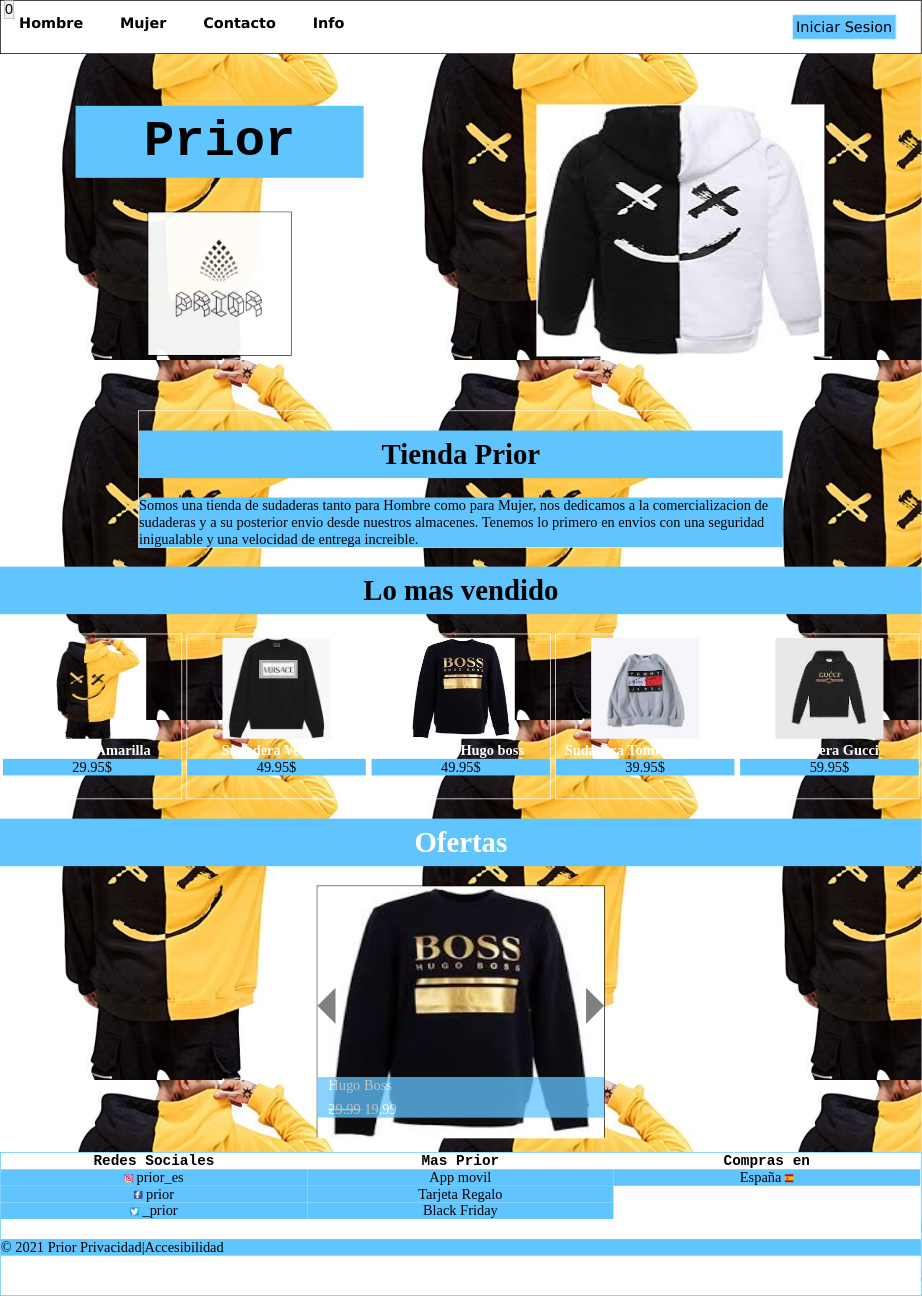
Repository: danilugones10/Proyecto
Page: main.html
These files come from the project's save history. The page is drawn as it stood at one moment and after the next save; the edit follows.
The browser window is 1280 px wide. The pictures show the whole page, at 72% of full size.
After loading, the first visible `#oscuro` was clicked once.

Above is the page before, as saved 2021-03-04 21:43:40.

### main.html
<!DOCTYPE html>
<html lang="en">
<head>
    <meta charset="UTF-8">
    <meta name="viewport" content="width=device-width, initial-scale=1.0">
    <title>Document</title>
    <link rel="stylesheet" href="css/normalize.css">
    <link rel="stylesheet" href="css/style.css">
</head>
<body class="body">
    <header class="header">

    </header>



    <main class="main">
        <button id="oscuro">0</button>
        <section class="section1">
            <div class="section1-titulo">
                <div class="section1-titulo__fondo color__claro">
                    <h1 class="section1-titulo__h1">Prior</h1>
                </div>
                <img src="css/img/Prior.PNG" class="prior-img">
            </div>
            <div class="section1-img color__claro">
                <img src="css/img/sudadera1.jpg" alt="">
            </div>
        </section>

        <section class="section2">
            <div class="section2-prior color__claro">
                <h1>Tienda Prior</h1>
                <p>Somos una tienda de sudaderas tanto para Hombre como para Mujer,
                    nos dedicamos a la comercializacion de sudaderas y a su posterior envio
                    desde nuestros almacenes. Tenemos lo primero en envios con una seguridad
                    inigualable y una velocidad de entrega increible.
                </p>
            </div>
        </section>

        <section class="section3">
            <div class="section3-h1">
                <h1 class="section3-h1-color color__claro">Lo mas vendido</h1>
            </div>
            <div class="section3-imagenes">
                <div class="section3-imagenes__contenedor">
                    <div class="fondo">
                            <img src="css/img/sudadera_fondo.jpg" width="150px" height="140px" alt="">
                            <h3>Sudadera Amarilla</h3>
                            <p>29.95$</p>
                            <button>Ver detalles</button>
                    </div>
                </div>
                <div class="section3-imagenes__contenedor">
                    <div class="fondo">
                        <img src="css/img/imagenes/1.jpg" width="150px" height="140px" alt="">
                        <h3>Sudadera Versace</h3>
                        <p>49.95$</p>
                        <button>Ver detalles</button>
                    </div>
                </div>
                <div class="section3-imagenes__contenedor">
                    <div class="fondo">
                        <img src="css/img/imagenes/2.jpg" width="150px" height="140px" alt="">
                        <h3>Sudadera Hugo boss</h3>
                        <p>49.95$</p>
                        <button>Ver detalles</button>
                    </div>
                </div>
                <div class="section3-imagenes__contenedor">
                    <div class="fondo">
                        <img src="css/img/imagenes/3.jpg" width="150px" height="140px" alt="">
                        <h3>Sudadera Tommy Hilfiger</h3>
                        <p>39.95$</p>
                        <button>Ver detalles</button>
                    </div>
                </div>
                <div class="section3-imagenes__contenedor">
                    <div class="fondo">
                        <img src="css/img/imagenes/5.jpg" width="150px" height="140px" alt="">
                        <h3>Sudadera Gucci</h3>
                        <p>59.95$</p>
                        <button>Ver detalles</button>
                    </div>
                </div>
            </div>
        </section>

        <section class="section4">
            <h1>Ofertas</h1>
            <div class="contenedor">
                <div id="flecha1"></div>
                <div id="flecha2"></div>

                <img src="css/img/imagenes/1.jpg" width="400px" height="350px" alt="" id="imagen">

                <div class="texto">
                    <p id="nombreImagen">Versace</p>
                    <p id="precio"><span>29.99</span> 19.99</p>
                </div>

            </div>
        </section>
    </main>

    <footer class="footer">
        <div class="grupo">
            <div class="colum">
                <h3>Redes Sociales</h3>
                <p><img src="css/img/Instagram.PNG" width="12px" height="11px" alt=""> prior_es</p>
                <p><img src="css/img/Facebok.PNG" width="12px" height="11px" alt=""> prior</p>
                <p><img src="css/img/Twiter.PNG" width="12px" height="11px" alt=""> _prior</p>
            </div>
            <div class="colum">
                <h3>Mas Prior</h3>
                <p>App movil</p>
                <p>Tarjeta Regalo</p>
                <p>Black Friday</p>
            </div>
            <div class="colum">
                <h3>Compras en</h3>
                <p>España <img src="css/img/España.PNG" width="12px" height="11px" alt=""></p>
            </div>
        </div>
        <div class="fin">
            <p>&copy; 2021 Prior <span>Privacidad|Accesibilidad</span> </p>
        </div>
    </footer>
    <script src="js/menu.js"></script>
    <script src="js/galeria.js"></script>
    <script src="js/oscuro.js"></script>
</body>
</html>

### css/style.css
:root {
  --base: #60c5ff;
  --texto: #000000;
  --nav: #ffffff;
}

.modoOscuro {
  --base: #093f5f;
  --texto: #ffffff;
  --nav: #000000;
}

.header {
  grid-column: 1/2;
  grid-row: 1/2;
  background-color: var(--nav);
  color: var(--texto);
  height: 75px;
}

.menu {
  height: 75px;
  border: 1px solid;
}

.menu__list {
  list-style: none;
  display: flex;
}

.menu__item {
  padding-top: 20px;
  padding-bottom: 23px;
  padding-right: 2%;
  padding-left: 2%;
  font-family: "Lucida Sans", "Lucida Sans Regular", "Lucida Grande", "Lucida Sans Unicode", Geneva, Verdana, sans-serif;
  font-weight: bold;
}

#oscuro {
  margin-left: 5px;
}

a {
  text-decoration: none;
  color: var(--texto);
}

.busqueda {
  display: none;
  position: absolute;
  width: 20%;
  right: 185px;
  top: 25px;
  height: 25px;
  border-radius: 10px;
  outline: none;
}

.inicio {
  position: absolute;
  top: 20px;
  right: 35px;
  background-color: var(--base);
  border: 1px solid white;
  padding: 5px;
  font-family: "Lucida Sans", "Lucida Sans Regular", "Lucida Grande", "Lucida Sans Unicode", Geneva, Verdana, sans-serif;
}
.inicio a {
  text-decoration: none;
}

.hamburguesa {
  position: absolute;
  top: 25px;
  right: 5px;
  cursor: pointer;
  display: none;
}

.inicio:hover {
  background-color: #A3E4D7;
}
.inicio:hover a {
  color: black;
}

.menu__item:hover {
  background-color: var(--base);
  color: var(--texto);
}
.menu__item:hover a {
  color: black;
}

@media (max-width: 767px) {
  .menu {
    background-color: var(--nav);
    height: 75px;
  }

  .menu__list {
    list-style: none;
    display: inline-block;
  }

  .menu__item {
    padding-top: 19px;
    padding-bottom: 20px;
    padding-right: 2%;
    padding-left: 2%;
    font-family: "Lucida Sans", "Lucida Sans Regular", "Lucida Grande", "Lucida Sans Unicode", Geneva, Verdana, sans-serif;
    visibility: hidden;
  }

  .menu__item:hover {
    width: 100px;
  }

  .busqueda {
    display: block;
    position: absolute;
    width: 35%;
    right: 200px;
    top: 25px;
    height: 25px;
    border-radius: 20px;
  }

  .inicio {
    position: absolute;
    top: 20px;
    right: 35px;
    border: 1px solid white;
    padding: 5px;
    font-family: "Lucida Sans", "Lucida Sans Regular", "Lucida Grande", "Lucida Sans Unicode", Geneva, Verdana, sans-serif;
  }
  .inicio a {
    text-decoration: none;
  }

  .hamburguesa {
    position: absolute;
    top: 25px;
    right: 5px;
    cursor: pointer;
    display: block;
  }

  .inicio:hover {
    background-color: #A3E4D7;
    color: black;
  }

  .menu__item:hover {
    background-color: var(--base);
    color: var(--texto);
  }
}
.main {
  grid-column: 1/2;
  grid-row: 2/3;
}

.section1 {
  display: flex;
  flex-flow: wrap;
  justify-content: space-around;
  width: 100%;
}
.section1 .section1-titulo {
  width: 400px;
  height: 400px;
  text-align: center;
}
.section1 .section1-titulo .section1-titulo__fondo .section1-titulo__h1 {
  font-size: 70px;
  font-family: "Courier New", Courier, monospace;
}
.section1 .section1-titulo .prior-img {
  opacity: 95%;
  width: 200px;
  height: 200px;
  border: 1px solid;
  transition: 1s;
}
.section1 .section1-titulo .prior-img:hover {
  transform: scale(1.3);
}
.section1 .section1-img {
  width: 460px;
  height: 400px;
  text-align: center;
  padding-top: 25px;
  margin-top: 20px;
}
.section1 .section1-img img {
  width: 400px;
  height: 350px;
  transition: 1s;
}
.section1 .section1-img img:hover {
  transform: scale(1.1);
}

.section2 {
  width: 100%;
  display: flex;
  justify-content: center;
  padding-top: 50px;
  color: white;
}
.section2 .section2-prior {
  border: 1px solid;
  width: 70%;
}

.section3 {
  width: 100%;
  display: flex;
  flex-wrap: wrap;
  color: white;
}
.section3 .section3-h1 {
  width: 100%;
  text-align: center;
}
.section3 .section3-imagenes {
  display: flex;
  flex-wrap: wrap;
  justify-content: space-around;
  width: 100%;
  text-align: center;
}
.section3 .section3-imagenes .section3-imagenes__contenedor {
  position: relative;
  border: 1px solid;
  padding-top: 5px;
  width: 250px;
  height: 230px;
}
.section3 .section3-imagenes .section3-imagenes__contenedor button {
  display: none;
}
.section3 .section3-imagenes .section3-imagenes__contenedor h3 {
  font-size: 20px;
}
.section3 .section3-imagenes .section3-imagenes__contenedor:hover .fondo {
  position: absolute;
  top: 0;
  left: 0;
  width: 100%;
  height: 100%;
  background-color: rgba(0, 0, 0, 0.6);
  z-index: 100;
}
.section3 .section3-imagenes .section3-imagenes__contenedor:hover button {
  display: inline;
  position: absolute;
  top: 40%;
  left: 30%;
}

.section4 {
  width: 100%;
  margin-top: 5px;
}
.section4 h1 {
  color: white;
  text-align: center;
}
.section4 .contenedor {
  margin: auto;
  margin-bottom: 20px;
  width: 400px;
  height: 350px;
  background-color: aquamarine;
  z-index: 100;
  position: relative;
  border: 1px solid;
}
.section4 .contenedor img {
  width: 100vw;
}
.section4 .contenedor .texto {
  background-color: var(--base);
  opacity: 75%;
  margin-top: -90px;
}
.section4 .contenedor .texto #nombreImagen {
  color: white;
  margin-left: 15px;
}
.section4 .contenedor .texto #precio {
  color: white;
  padding-top: 10px;
  margin-left: 15px;
}
.section4 .contenedor .texto #precio span {
  text-decoration: line-through;
}
.section4 .contenedor #flecha1 {
  content: "";
  position: absolute;
  border-right: 2vw solid gray;
  border-bottom: 2vw solid transparent;
  border-top: 2vw solid transparent;
  bottom: 45%;
  left: 0;
  cursor: pointer;
}
.section4 .contenedor #flecha2 {
  content: "";
  position: absolute;
  border-left: 2vw solid gray;
  border-bottom: 2vw solid transparent;
  border-top: 2vw solid transparent;
  bottom: 45%;
  right: 0;
  cursor: pointer;
}

.footer {
  grid-column: 1/2;
  grid-row: 3/4;
  color: var(--texto);
  background-color: var(--nav);
  border: 1px solid var(--base);
  height: 200px;
}

.grupo {
  display: flex;
}

.colum {
  text-align: center;
  width: 33.3%;
  height: 120px;
}

.colum h3 {
  margin-bottom: 0px;
  font-family: "Courier New", Courier, monospace;
}

.colum div {
  margin-top: 3px;
  font-size: 16px;
  font-family: "Times New Roman", Times, serif;
}

.fin {
  width: 100%;
}

.fin div {
  font-size: 16px;
  text-align: center;
}

.fin div span {
  position: absolute;
  right: 10px;
  font-size: 16px;
}

@media (max-width: 767px) {
  .fin {
    padding-top: 10px;
  }
}
.card_width {
  min-width: 400px;
  max-width: 33%;
}

.main p {
  color: var(--texto);
}
.main h5 {
  color: var(--texto);
}
.main .entrega {
  width: 70%;
  margin: auto;
}
.main .entrega p {
  padding: 10px;
  border-radius: 20px;
  border: 2px solid;
}
.main .pagos {
  width: 30%;
  min-width: 300px;
  margin: auto;
  border-radius: 20px;
  border: 2px solid;
  color: var(--texto);
  background-color: var(--base);
}
.main .pagos ul {
  list-style: none;
}
.main .pagos ul li {
  padding: 10px;
}

h1 {
  background-color: var(--base);
  color: var(--texto);
  padding: 10px;
  text-align: center;
}

p {
  color: var(--texto);
  background-color: var(--base);
}

.cuadro {
  display: flex;
  justify-content: space-around;
  flex-wrap: wrap;
}

.cajita {
  color: var(--texto);
  background-color: var(--base);
  min-width: 450px;
  height: 300px;
  margin-bottom: 10px;
}

.accordion .card {
  color: var(--texto);
  background-color: var(--base);
}
.accordion .card .card-body {
  background-color: rgba(0, 0, 0, 0.3);
}
.accordion .card button {
  color: var(--texto);
}

.contacto-form {
  height: 350px;
  margin: auto;
  width: 75%;
  color: var(--texto);
  background-color: var(--base);
}
.contacto-form fieldset {
  border: 1px solid;
}

.tabla {
  text-align: center;
  width: 90%;
  background-color: var(--base);
  margin: auto;
  margin-bottom: 10px;
}

th {
  color: var(--texto);
}

td {
  color: var(--texto);
}

.carrouselMujer {
  max-width: 500px;
  margin: auto;
  border: 1px solid;
}

.carousel-control-prev-icon {
  background-color: black;
}

.carousel-control-next-icon {
  background-color: black;
}

* {
  margin: 0;
  padding: 0;
  font-size: 20px;
}
* h1 {
  color: var(--texto);
}
* h5 {
  color: var(--texto);
}
* p {
  color: var(--texto);
}

body {
  display: grid;
  grid-template-columns: 100%;
  grid-template-rows: 100px auto 200px;
  background-image: url(img/sudadera_fondo.jpg);
}

#oscuro {
  position: absolute;
  top: 0;
  left: 0;
}

.color__claro {
  background-color: var(--base);
  color: var(--texto);
}

@media (max-width: 767px) {
  body {
    grid-template-rows: 350px auto 200px;
  }

  .main {
    margin-top: -250px;
  }
}

/*# sourceMappingURL=style.css.map */

### js/menu.js
const header=document.querySelector('.header');
const nav=document.createElement('nav');
nav.className="menu color__claro";
const ul=document.createElement('ul');
ul.className="menu__list";
const fragment=document.createDocumentFragment();

const li=document.createElement('li');
li.className="menu__item";
const a=document.createElement('a');
a.href="hombre.html";
a.textContent="Hombre";
li.appendChild(a)
fragment.appendChild(li);

const li2=document.createElement('li');
li2.textContent="Mujer";
li2.className="menu__item";
fragment.appendChild(li2);

const li3=document.createElement('li');
li3.textContent="Contacto";
li3.className="menu__item";
fragment.appendChild(li3);

const li4=document.createElement('li');
li4.textContent="Info";
li4.className="menu__item";
fragment.appendChild(li4);

const li5=document.createElement('input');
li5.setAttribute('placeholder', '   buscar');
li5.className="busqueda";
li5.id="busqueda";
fragment.appendChild(li5);

const li6=document.createElement('li');
const button6=document.createElement('button');
button6.className="inicio";
const a6=document.createElement('a');
a6.href="formulario.html";
a6.textContent="Iniciar Sesion";
button6.appendChild(a6);
li6.appendChild(button6);
fragment.appendChild(button6);

const hamb=document.createElement('label');
hamb.innerHTML="<span>&#9776;</span>";
hamb.className="hamburguesa";
fragment.appendChild(hamb);

ul.appendChild(fragment);
nav.appendChild(ul);
header.appendChild(nav);

const hamburguesa=document.querySelector('.hamburguesa');
const menu=document.querySelector('.menu');
const main=document.querySelector('.main');
const body=document.querySelector('.main');

    hamburguesa.addEventListener('click', ()=>{

        if(window.innerWidth<767){

            if( menu.style.height==="75px"){
                menu.style.height="100%";
                body.style.marginTop="0px";
                li.style.visibility="visible";
                li2.style.visibility="visible";
                li3.style.visibility="visible";
                li4.style.visibility="visible";
            }
            else{
                menu.style.height="75px";
                body.style.marginTop="-200px";
                li.style.visibility="hidden";
                li2.style.visibility="hidden";
                li3.style.visibility="hidden";
                li4.style.visibility="hidden";

            }
        }
    })

    window.addEventListener("resize",() => {
        if (this.window.innerWidth>767) {
            body.style.marginTop="0px";
            li.style.visibility="visible";
            li2.style.visibility="visible";
            li3.style.visibility="visible";
            li4.style.visibility="visible";
        }
        else{
            menu.style.height="75px";
            body.style.marginTop="-200px";
            li.style.visibility="hidden";
            li2.style.visibility="hidden";
            li3.style.visibility="hidden";
            li4.style.visibility="hidden";
        }
     })

### js/galeria.js
const imagen = document.getElementById('imagen');
const texto = document.getElementById('nombreImagen');

let imagenes = ["css/img/imagenes/1.jpg","css/img/imagenes/2.jpg","css/img/imagenes/3.jpg","css/img/imagenes/4.jpg","css/img/imagenes/5.jpg","css/img/imagenes/6.jpg"]
let textos = ["Versace","Hugo Boss","Tommy Hilfiger","Balenciaga", "Gucci","Stranger Things"]

const flecha1 = document.getElementById('flecha1');
const flecha2 = document.getElementById('flecha2');

let numero = 0;

// CADA 5 SEGUNDOS QUE AVANCE DE IMAGEN
setInterval(function(){ avanzar() }, 5000);

function avanzar() {
    if(numero == 5) {
       numero = 0;
       imagen.src = imagenes[numero];
       texto.textContent = textos[numero];
   }
    else {
       numero ++;
       imagen.src = imagenes[numero];
       texto.textContent = textos[numero];
   }
}

function retroceder() {
    if(numero == 0) {
       numero = 5;
       imagen.src = imagenes[numero];
       texto.textContent = textos[numero]
    }
    else {
       numero--;
       imagen.src = imagenes[numero];
       texto.textContent = textos[numero];
    }
}
flecha1.addEventListener('click', () => {
    retroceder()
})
flecha2.addEventListener('click', () => {
    avanzar()
})

### js/oscuro.js
const botonOscuro=document.getElementById('oscuro');
const menus=document.querySelector('.menu');
const section1Titulo=document.querySelector('.section1-titulo__fondo');
const section1Img=document.querySelector('.section1-img');
const section2Prior=document.querySelector('.section2-prior');
const section3H1=document.querySelector('.section3-h1-color');

botonOscuro.addEventListener("click", ()=>{
    if (menus.className=="menu color__claro") {
        menus.className="menu color__oscuro"
        section1Titulo.className="section1-titulo__fondo color__oscuro"
        section1Img.className="section1-img color__oscuro"
        section2Prior.className="section2-prior color__oscuro"
    }
    else{
        menus.className="menu color__claro"
        section1Titulo.className="section1-titulo__fondo color__claro"
        section1Img.className="section1-img color__claro"
        section2Prior.className="section2-prior color__claro"
    }
})

Loaded but not shown: css/normalize.css (library)

After the next save:
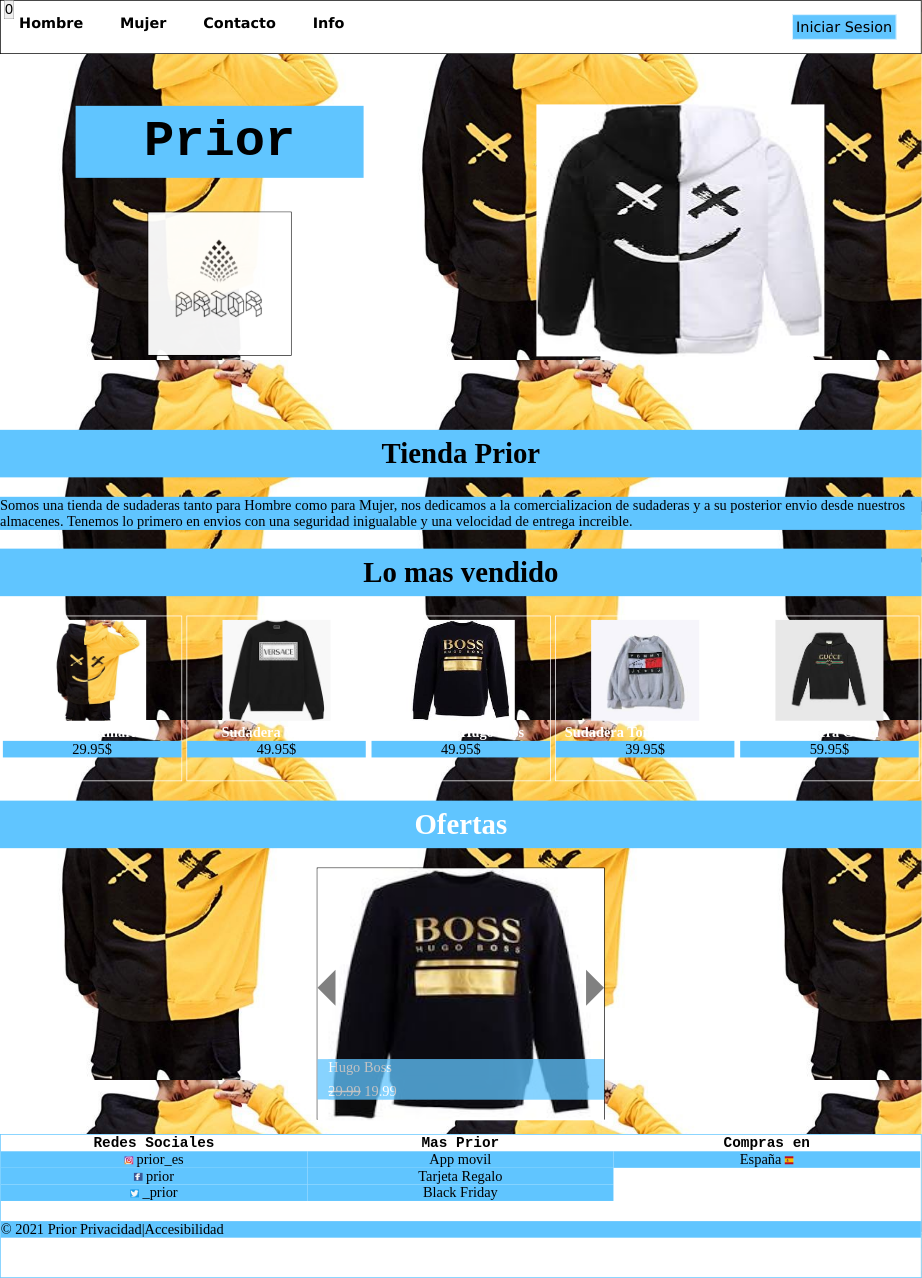
Saved 14 s later.
--- a/js/oscuro.js
+++ b/js/oscuro.js
@@ -11,6 +11,7 @@
         section1Titulo.className="section1-titulo__fondo color__oscuro"
         section1Img.className="section1-img color__oscuro"
         section2Prior.className="section2-prior color__oscuro"
+        section2Prior.className="section3-h1-color color__oscuro"
     }
     else{
         menus.className="menu color__claro"

After the save that followed:
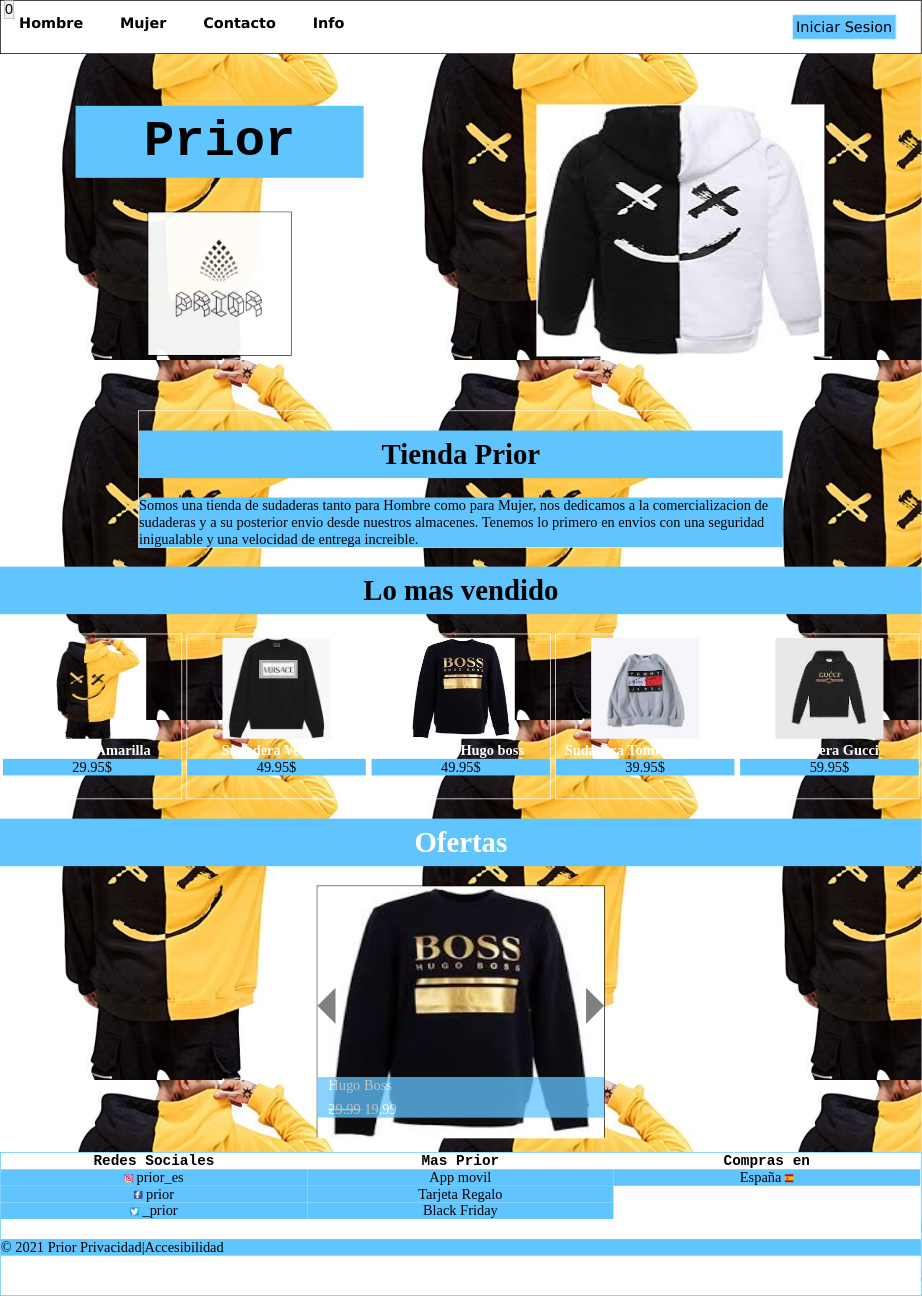
Saved 4 s later.
--- a/js/oscuro.js
+++ b/js/oscuro.js
@@ -11,7 +11,7 @@
         section1Titulo.className="section1-titulo__fondo color__oscuro"
         section1Img.className="section1-img color__oscuro"
         section2Prior.className="section2-prior color__oscuro"
-        section2Prior.className="section3-h1-color color__oscuro"
+        section3H1.className="section3-h1-color color__oscuro"
     }
     else{
         menus.className="menu color__claro"
